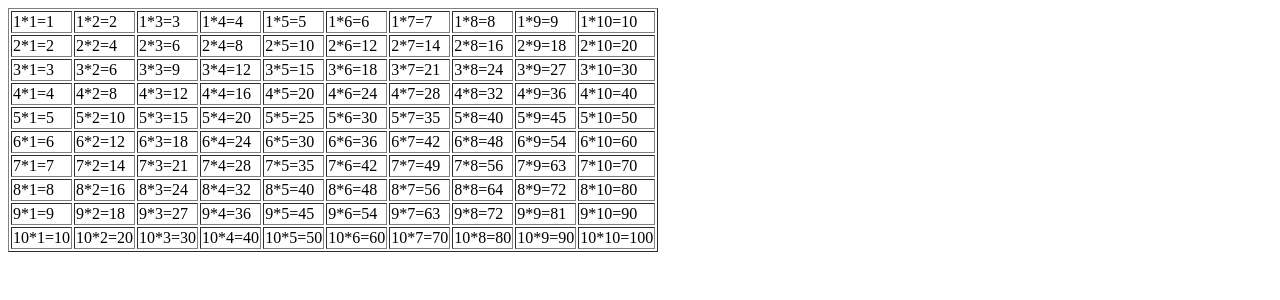
Repository: jeongho97/JSP
Page: http://localhost/JSP/예제2.jsp
The author's editor kept a copy of each file at every save. The page is drawn from the files as they stood at one save, then again after the next save.
The browser window is 1280 px wide. The pictures show the whole page.
The page is served by Tomcat 9.

Above is the page before, as saved 2022-05-17 02:42:54.

After the next save:
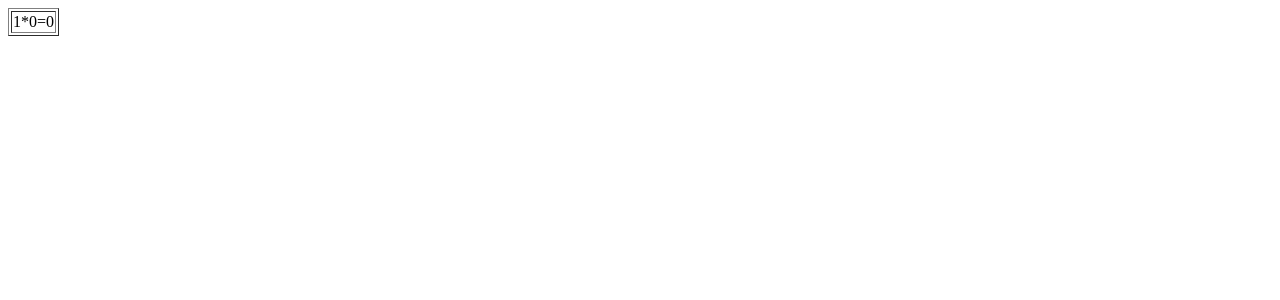
Saved 2 min 37 s later.
--- a/JSP/WebContent/예제2.jsp
+++ b/JSP/WebContent/예제2.jsp
@@ -13,23 +13,26 @@
 	int j=0;
 %>
 <table border="1">
+<%-- <%
+	for(i=1;i<=10;i++){
+%> --%>
 <%
-	for(i=1;i<=10;i++){
+	i++;
 %>
 		<tr>
-<%
+<%-- <%
 		for(j=1;j<=10;j++){
-%>
+%> --%>
 
 			<td><%=i%>*<%=j%>=<%=i*j%></td>
 
-<%
+<%-- <%
 		}
-%>
+%> --%>
 		</tr>
-<%
+<%-- <%
 	}
-%>
+%> --%>
 </table>
 </body>
 </html>

After the 5 saves that followed:
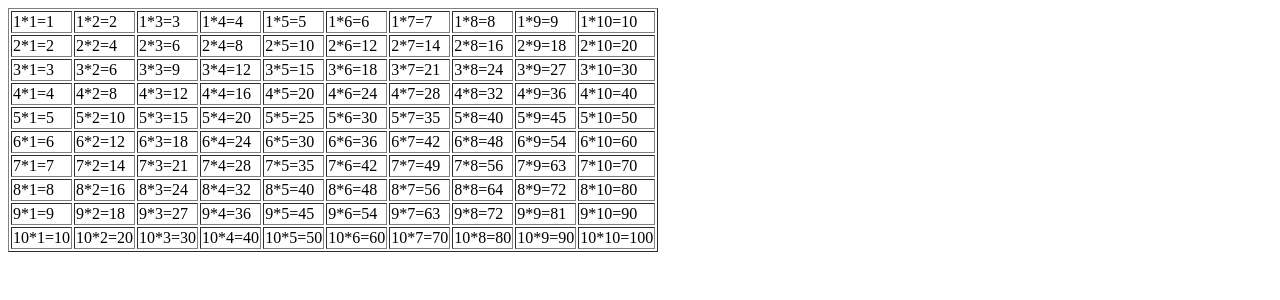
The 5 saves are shown as one change because 3 left the picture as it was and some came seconds apart.
The last was saved 5 min 7 s later.
--- a/JSP/WebContent/예제2.jsp
+++ b/JSP/WebContent/예제2.jsp
@@ -13,26 +13,23 @@
 	int j=0;
 %>
 <table border="1">
-<%-- <%
+<%
 	for(i=1;i<=10;i++){
-%> --%>
-<%
-	i++;
 %>
 		<tr>
-<%-- <%
+<%
 		for(j=1;j<=10;j++){
-%> --%>
+%>
 
 			<td><%=i%>*<%=j%>=<%=i*j%></td>
 
-<%-- <%
+<%
 		}
-%> --%>
+%>
 		</tr>
-<%-- <%
+<%
 	}
-%> --%>
+%>
 </table>
 </body>
 </html>
